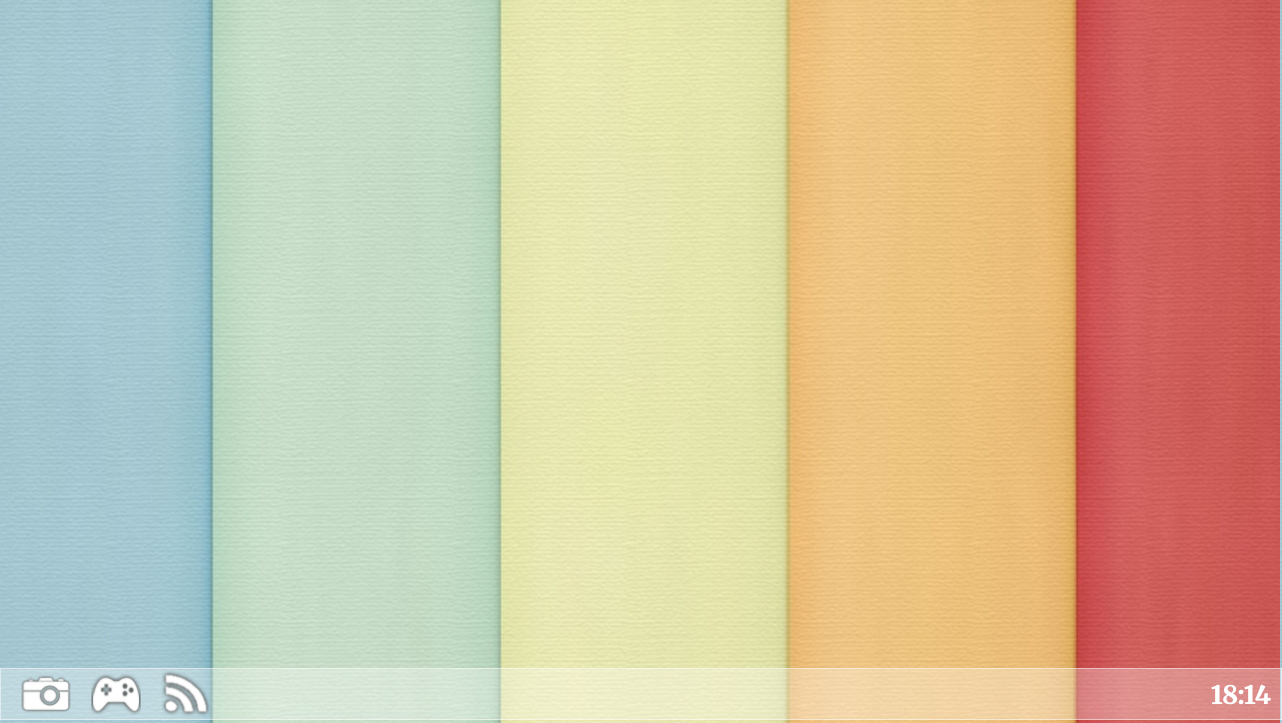
Repository: RebeccaFransson/1dv403-laborationer
Page: 5-pwd/desktop.html
The author's editor kept a record of every edit. The page is drawn from the files as they stood at one moment, then again after the next edit.
The browser window is 1280 px wide. The page is 1282 px wide, so the pictures cover 1282 px, including what lies to the right of the window. The pictures show the whole page.
Some web fonts or font styles are not loaded; a fallback is used.

Above is the page before.
Console error: ReferenceError: RF222CZ is not defined

After the next edit:
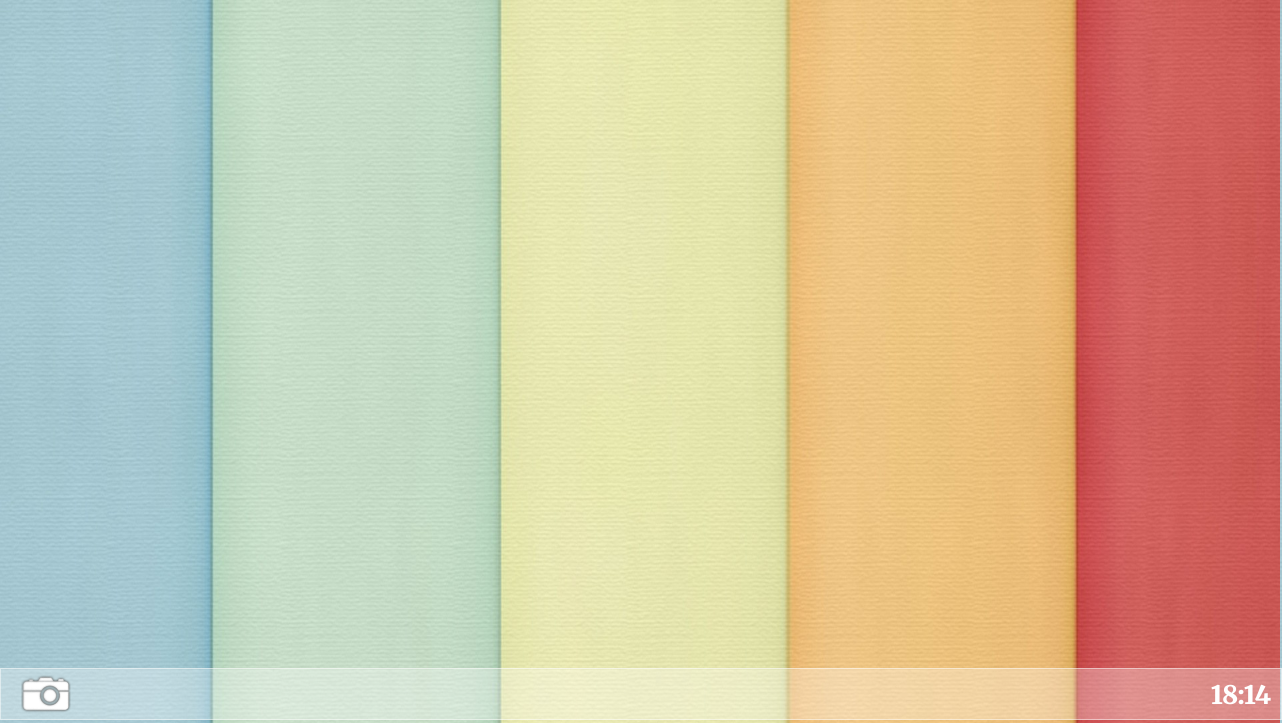
The edit:
--- a/5-pwd/script/NewMemory.js
+++ b/5-pwd/script/NewMemory.js
@@ -1,6 +1,6 @@
 "use strict";
 //skapa nytt memory spel
-function NewMemory(wind){
+RF222CZ.NewMemory = function(wind){
     console.log('skapar memory');
 
    var imgRandom = [], times = 0, pic1 = '', pic2='', klickedNode = [], target1='', target2='';
